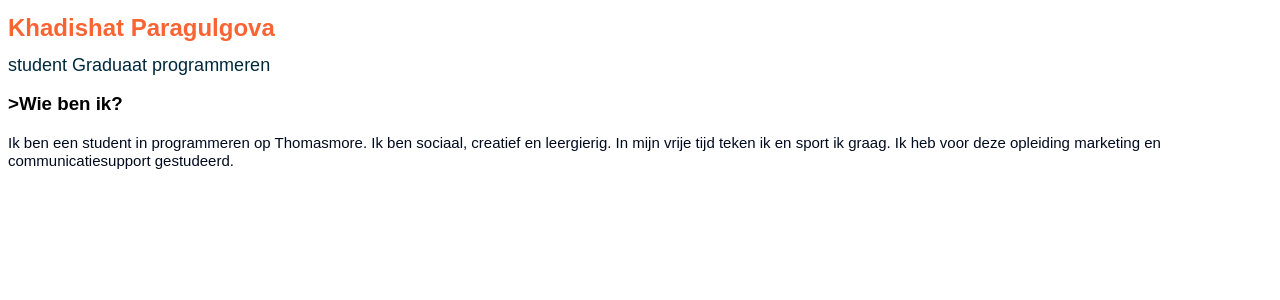
Repository: khadishat00/portfolio
Page: index.html
The author's editor kept a copy of each file at every save. The page is drawn from the files as they stood at one save, then again after the next save.
The browser window is 1280 px wide. The pictures show the whole page.

Above is the page before, as saved 2026-09-24 14:32:38.

### index.html
<!doctype html>
<html lang="en">
  <head>
    <meta charset="UTF-8" />
    <meta name="viewport" content="width=device-width, initial-scale=1.0" />
    <title>portfolio</title>
  </head>
  <style>
      html {
        font-family: Arial, sans-serif;
      }
      h1 {
        font-family: "Century Gothic", sans-serif;
        color: #fa6432;
        font-weight: bold;
        font-size: 24px;
        line-height: 24px;
      }
      h2 {
        font-family: "Century Gothic", sans-serif;
        color: #00283c;
        font-weight: normal;
        font-size: 18px;
        line-height: 18px;
      }
      p {
        font-family: Arial, sans-serif;
        color: #000a1e;
        font-size: 15px;
        line-height: 18px;
        font-weight: normal;
      }
    </style>
  <body>
    <h1>Khadishat Paragulgova</h1>
    <h2>student Graduaat programmeren</h2>
    <h3>>Wie ben ik?</h3>
    <p>
      Ik ben een student in programmeren op <a href="https://thomasmore.be/nl"></a> Thomasmore. Ik ben sociaal, creatief
      en leergierig. In mijn vrije tijd teken ik en sport ik graag. Ik heb voor
      deze opleiding marketing en communicatiesupport gestudeerd.
    </p>
  </body>
</html>

After the next save:
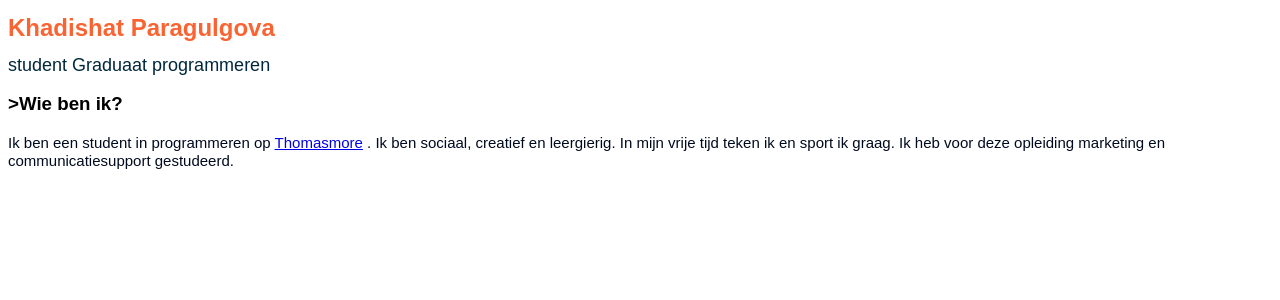
Saved 5 s later.
--- a/index.html
+++ b/index.html
@@ -36,7 +36,7 @@
     <h2>student Graduaat programmeren</h2>
     <h3>>Wie ben ik?</h3>
     <p>
-      Ik ben een student in programmeren op <a href="https://thomasmore.be/nl"></a> Thomasmore. Ik ben sociaal, creatief
+      Ik ben een student in programmeren op <a href="https://thomasmore.be/nl">Thomasmore</a> . Ik ben sociaal, creatief
       en leergierig. In mijn vrije tijd teken ik en sport ik graag. Ik heb voor
       deze opleiding marketing en communicatiesupport gestudeerd.
     </p>
